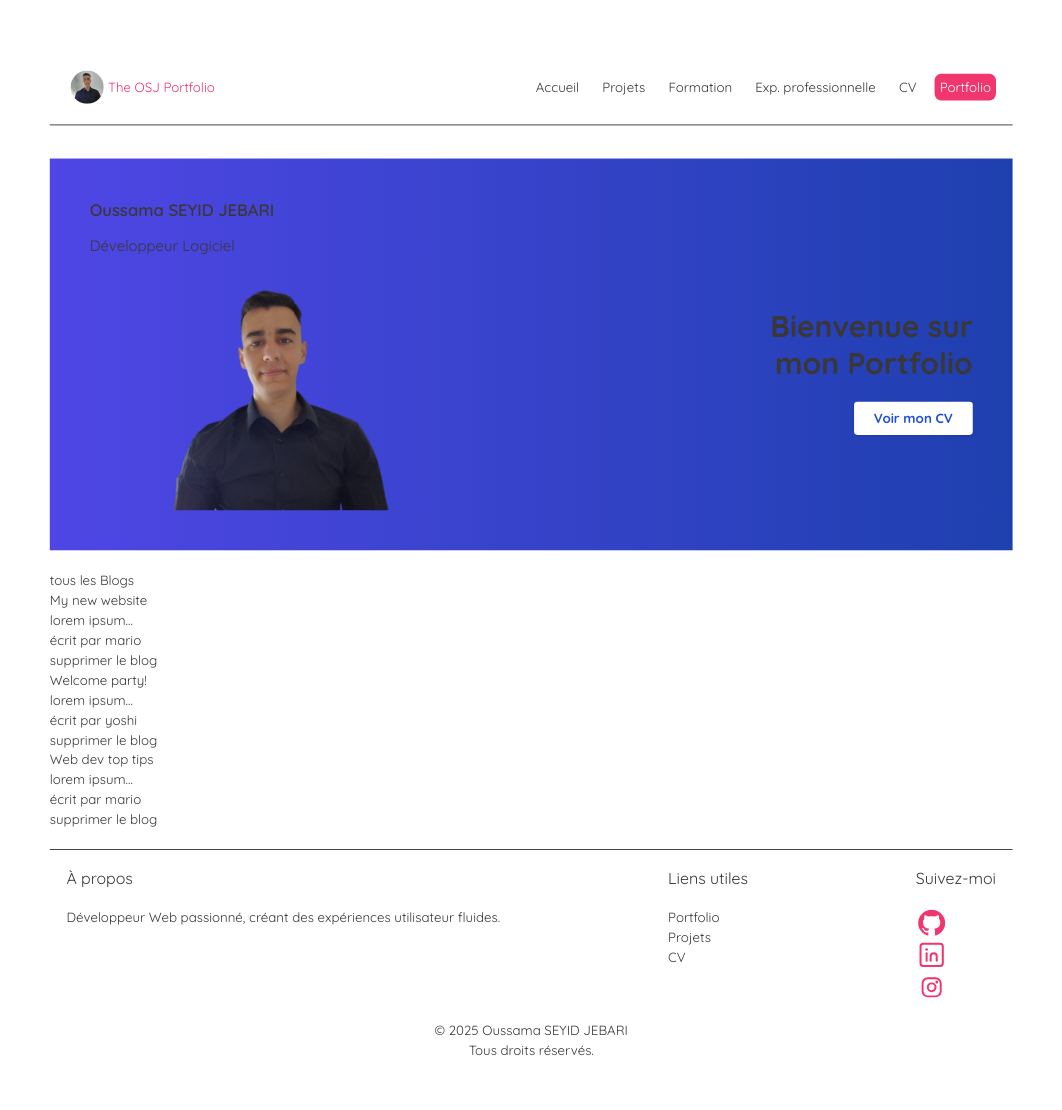
Repository: OussamSJ/Portfolio
Page: /
The author's editor kept a copy of each file at every save. The page is drawn from the files as they stood at one save, then again after the next save.
The browser window is 1280 px wide. The pictures show the whole page, at 83% of full size.
The project was rebuilt for these pictures with package versions that can differ from the ones it lists, and the page was loaded fresh each time. Also part of the build but not shown: src/Random.js, src/Cv.js, src/Expcomponent.js, src/Experiences.js, src/FormationComponent.js, src/Formation.js.

Above is the page before, as saved 2025-05-08 14:52:15.

### public/index.html
<!DOCTYPE html>
<html lang="en">
  <head>
    <meta charset="utf-8" />
    <link rel="icon" href="%PUBLIC_URL%/Logo-Devloper.png" />
    <meta name="viewport" content="width=device-width, initial-scale=1" />
    <meta name="theme-color" content="#000000" />
    <meta
      name="description"
      content="Web site created using create-react-app"
    />
    <link rel="apple-touch-icon" href="%PUBLIC_URL%/logo192.png" />
    <!--
      manifest.json provides metadata used when your web app is installed on a
      user's mobile device or desktop. See https://developers.google.com/web/fundamentals/web-app-manifest/
    -->
    <link rel="manifest" href="%PUBLIC_URL%/manifest.json" />
    <!--
      Notice the use of %PUBLIC_URL% in the tags above.
      It will be replaced with the URL of the `public` folder during the build.
      Only files inside the `public` folder can be referenced from the HTML.

      Unlike "/favicon.ico" or "favicon.ico", "%PUBLIC_URL%/favicon.ico" will
      work correctly both with client-side routing and a non-root public URL.
      Learn how to configure a non-root public URL by running `npm run build`.
    -->
    <title>Portfolio App</title>
  </head>
  <body>
    <noscript>You need to enable JavaScript to run this app.</noscript>
    <div id="root"></div>
    <!--
      This HTML file is a template.
      If you open it directly in the browser, you will see an empty page.

      You can add webfonts, meta tags, or analytics to this file.
      The build step will place the bundled scripts into the <body> tag.

      To begin the development, run `npm start` or `yarn start`.
      To create a production bundle, use `npm run build` or `yarn build`.
    -->
  </body>
</html>

### src/index.css
@import url('https://fonts.googleapis.com/css2?family=Quicksand:wght@300;400;500;600;700&display=swap');
@tailwind base;
@tailwind components;
@tailwind utilities;

/* base styles */
* {
  margin: 0;
  font-family: -apple-system, BlinkMacSystemFont, 'Segoe UI', 'Roboto', 'Oxygen',
    'Ubuntu', 'Cantarell', 'Fira Sans', 'Droid Sans', 'Helvetica Neue',
    sans-serif;
  -webkit-font-smoothing: antialiased;
  -moz-osx-font-smoothing: grayscale;
  font-family: "Quicksand";
  color: #3b3737;
}

code {
  font-family: source-code-pro, Menlo, Monaco, Consolas, 'Courier New',
    monospace;
}
.navbar {
  padding: 20px;
  display: flex;
  align-items: center;
  max-width: 1200px;
  margin: 0 auto;
  border-bottom: 1px solid #212020;

}
.navbar h1 {
  color: #f1356d;
}
.navbar .links {
  margin-left: auto;
}
.navbar a {
  margin-left: 16px;
  text-decoration: none;
  padding: 6px;
}
.navbar img {
 width: 40px;
 height: 40px;
 margin: 5px ;
 object-fit: cover;       /* remplit et rogne si besoin */
 border-radius: 50%;      /* transforme le carré en cercle */
 display: block;
}
.navbar a:hover {
  color: #f1356d;
}
.content {
  max-width: 1200px;
  margin: 40px auto;
  padding: 20px;
}


.couverture {
  background-image:
  url("/public/couverture-portfolio.png");
background-size: cover;        /* couvre tout le conteneur sans déformation */
background-position: center;   /* centre l’image */
background-repeat: no-repeat;  /* pas de répétition */
background-size: contain;
  margin: 20px auto;
  padding: 40px 40px 40px 40px;


  max-width: 1200px;
  display:block;
  flex-direction: column;
  justify-content: center;
  align-items: flex-start;
  padding-left: 60px;
  background: linear-gradient(to right, #7a3ff3, #003b9e); /* dégradé bleu-violet */
  color: white;
  font-family: 'Orbitron', sans-serif; /* une police géométrique, proche de celle utilisée */
}




.presentation {
  display: flex;
  flex-direction:column;
  justify-content: flex-end;
  align-items: flex-end;
  text-align: right;
  margin-top: 20px;
  font-size: 3rem;
  width: 100%;
  height: 100%;
  color: aliceblue;
}
.couverture h1 {
  margin-top: 20px auto;
  margin-right: 50px;
  align-items: center;
  text-align: center;
  color: aliceblue;
text-align: right;
justify-self: right;
  font-family: 'Agrandir Grand', sans-serif; /* une police futuriste */
}

.couverture h3 {
  margin-top: 40px;
  color: aliceblue;
  font-size: 1.5rem;
  margin-top: 20px auto;
  margin: 20px 0;
}

.couverture span {
  color: aliceblue;
  font-weight: 300;
}

.presentation strong {
  color: aliceblue;
  font-size: 3.5rem;
  font-family: 'Agrandir Grand', sans-serif; /* une police futuriste */
}

.button {
justify-content: center;
  margin-top: 20px;
  padding: 10px 30px;
 margin-right: 50px;
  font-size: 1rem;
  background-color: white;
  color: #003b9e;
  border: none;
  cursor: pointer;
  text-transform: uppercase;
  letter-spacing: 1px;
  font-weight: bold;
  font-family: 'Agrandir Grand', sans-serif;
}


.portfolio-footer {
  justify-content: space-between;
  display: flex;
  padding: 20px;
  border-top: 1px solid #212020;
}

.card-title{
  margin-bottom:  20px;

  padding: 0;
  font-size: 1.2rem;

}
.social-links a{
  list-style: none;
  text-decoration: none;
  margin-left: auto;
  text-align: left;

}
.social-links img{
 width: 40%;
 height: 40%;
}


ul {
  list-style-type: none;
  padding: 0; /* Supprime le retrait par défaut */
  margin: 0;  /* Supprime la marge par défaut */
}
.social-links a:hover {
  color: #f1356d;
}

.footer-bottom {
  display: block;
  text-align: center;
  }

  ul li {
    text-align: left;

  }



  .not-found {
    justify-content: center;
    align-items: center;
    text-align: center;
    height: 50vh;
    margin-top: 200px;
    font-size: 3rem;
  }


  img-couverture {
    width: 100%;
    height: 100%;
    justify-content: flex-end;
    align-items: center;
    object-fit:fill; /* Remplit l'élément sans déformation */
    border-radius: 50%; /* Transforme le carré en cercle */
    display: flex;
  }

### src/App.js
import React from 'react';
import { BrowserRouter, Routes, Route } from 'react-router-dom';
import ReactDOM from 'react-dom/client';
import Home from './Home';
import Navbar from './Navbar'; // Si vous avez une barre de navigation
import Cv from './Cv'; // Si vous avez une page de CV
import Footbar from './Footbar';
import Experiences from './Experiences';
import Formation from './Formation';

function App() {
  return (
    <BrowserRouter>
      <div className="App">
        <div className='content'>
          <Routes>
            <Route path="/" element={<Home />} />
            <Route path="/cv" element={<Cv />} />
            <Route path="/experiences-professionnelle" element={<div ><Navbar/> <Experiences /><Footbar/></div>} />
            <Route path="/formation" element={<div ><Navbar/> <Formation /><Footbar/></div>} />
            <Route path="*" element={
              <div >
                <Navbar />
                <h1 className='not-found' >Page introuvable</h1>
                <Footbar />
              </div>
            } />
          </Routes>
        </div>
      </div>
    </BrowserRouter>
  );
}

export default App;

### src/Home.js
import { useEffect, useState } from "react";
import BlogList from "./BlogList";
import Random from "./Random";
import Navbar from "./Navbar";
import Footbar from "./Footbar";


const Home = () => {
  const [blogs, setBlogs] = useState([
    { title: 'My new website', body: 'lorem ipsum...', author: 'mario', id: 1 },
    { title: 'Welcome party!', body: 'lorem ipsum...', author: 'yoshi', id: 2 },
    { title: 'Web dev top tips', body: 'lorem ipsum...', author: 'mario', id: 3 }
  ])

  const handleDelete = (id) => {
    const newBlogs = blogs.filter(blog => blog.id !== id);
    setBlogs(newBlogs);
  }


  useEffect(() => {
    console.log('use effect ran');
    console.log(blogs);
  })

  return (
    <div className="Home">
      <Navbar />
      <div className="flex items-center mt-10 justify-between bg-gradient-to-r from-indigo-600 to-blue-800 text-white p-12 flex-wrap">

{/* Partie gauche */}
<div className="flex flex-col items-start space-y-4 max-w-md">
  <h3 className="text-xl font-semibold">Oussama SEYID JEBARI</h3>
  <h3 className="text-lg"><span>Développeur Logiciel</span></h3>
  <div className="w-200 h-200 mt-4 ml-20">
    <img src="oussama_img.png" alt="photo de profil" className="rounded-lg object-cover w-full h-full" />
  </div>
</div>

{/* Partie droite */}
<div className="text-right max-w-md mt-10 md:mt-10">
  <h1 className="text-4xl font-bold mb-6 leading-tight">
    Bienvenue sur <br /> mon Portfolio
  </h1>
  <button className="bg-white text-blue-700 font-bold py-2 px-6 rounded shadow hover:bg-gray-100 transition">
    Voir mon CV
  </button>
</div>
</div>

      <BlogList blogs={blogs} title="tous les Blogs" handleDelete={handleDelete}/> <br/>

      <Footbar/>
    </div>
  );
}

export default Home;

### src/Navbar.js
const Navbar = () => {
    return (
      <nav className="navbar">
        <img src="photo-portfolio.jpg" alt="logo" className="logo" />
        <h1>The OSJ Portfolio</h1>
        <div className="links">
          <a href="/">Accueil</a>
          <a href="/projets">Projets</a>
          <a href="/formation">Formation</a>
          <a href="/experiences-professionnelle">Exp. professionnelle</a>
          <a href="/cv">CV</a>
          <a href="/" style={{
            color: 'white',
            backgroundColor: '#f1356d',
            borderRadius: '8px'
          }}>Portfolio</a></div></nav>
    );
  }

  export default Navbar;

### src/Footbar.js

const Footbar = () => {
  return (
  <div className="footbar">
   <footer class="portfolio-footer">

    <div class="card-deck">
    <div class="card">
      <div class="card-body">
        <h4 class="card-title">À propos</h4>
        <p class="card-text">Développeur Web passionné, créant des expériences utilisateur fluides.</p>
      </div>
    </div>
    </div>

    <div class="card-deck">
    <div class="card">
      <div class="card-body">
        <h4 class="card-title">Liens utiles</h4>
        <ul class="social-links" >
        <li><a href="#">Portfolio</a></li>
        <li><a href="#">Projets</a></li>
        <li><a href="#">CV</a></li>
      </ul>
      </div>
    </div>
    </div>

    <div class="card-deck">
    <div class="card">
      <div class="card-body">
        <h4 class="card-title">Suivez-moi</h4>
        <ul class="social-links">
        <li><a href="https://github.com/OussamSJ#"> <img  src="github.svg"  alt="GitHub"></img></a></li>
        <li><a href="https://www.linkedin.com/in/oussama-sj/  "> <img src="linkedin.svg" alt="LinkedIn"></img></a></li>
        <li><a href="https://www.instagram.com/oussama.sj/"> <img src="instagram.svg" alt="Instagram"></img></a></li>
      </ul>
      </div>
    </div>
    </div>

   </footer>
    <div class="footer-bottom">
    <p>© 2025 Oussama SEYID JEBARI <br/> Tous droits réservés.</p>
    </div>

  </div>

  );
}

export default Footbar;

### src/BlogList.js
const BlogList = ({ blogs, title, handleDelete }) => {
    return (
      <div className="blog-list"> <br/>

        <h2>{ title }</h2>
        {blogs.map(blog => (
          <div className="blog-preview" key={blog.id} >
            <h2>{ blog.title }</h2>
            <h4> {blog.body}    </h4>
            <p>écrit par { blog.author }</p>
            <button  onClick={()=>handleDelete (blog.id)}> supprimer le blog</button>
          </div>
        ))}
      </div>
    );
  }

  export default BlogList;

### tailwind.config.js
/** @type {import('tailwindcss').Config} */
module.exports = {
  content: [  "./src/**/*.{js,ts,jsx,tsx}",],
  theme: {
    extend: {
      colors: {
        primary: '#f1356d', // Exemple
      },
    },
  },
  plugins: [],
}

Loaded but not shown: src/index.js (common file); src/reportWebVitals.js (common file)

After the next save:
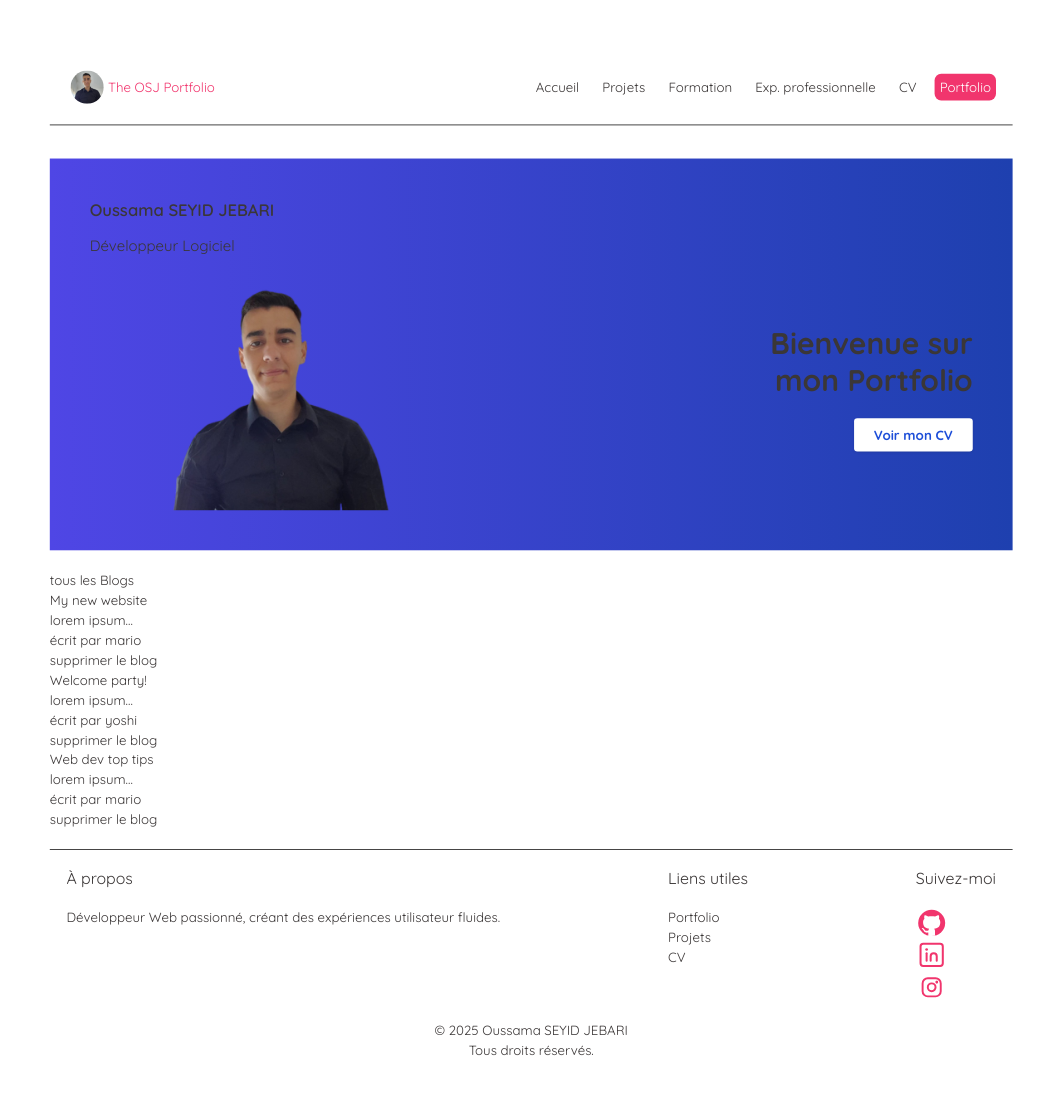
Saved 6 s later.
--- a/src/Home.js
+++ b/src/Home.js
@@ -38,7 +38,7 @@
 </div>
 
 {/* Partie droite */}
-<div className="text-right max-w-md mt-10 md:mt-10">
+<div className="text-right max-w-md mt-10 md:mt-20">
   <h1 className="text-4xl font-bold mb-6 leading-tight">
     Bienvenue sur <br /> mon Portfolio
   </h1>

After the save that followed:
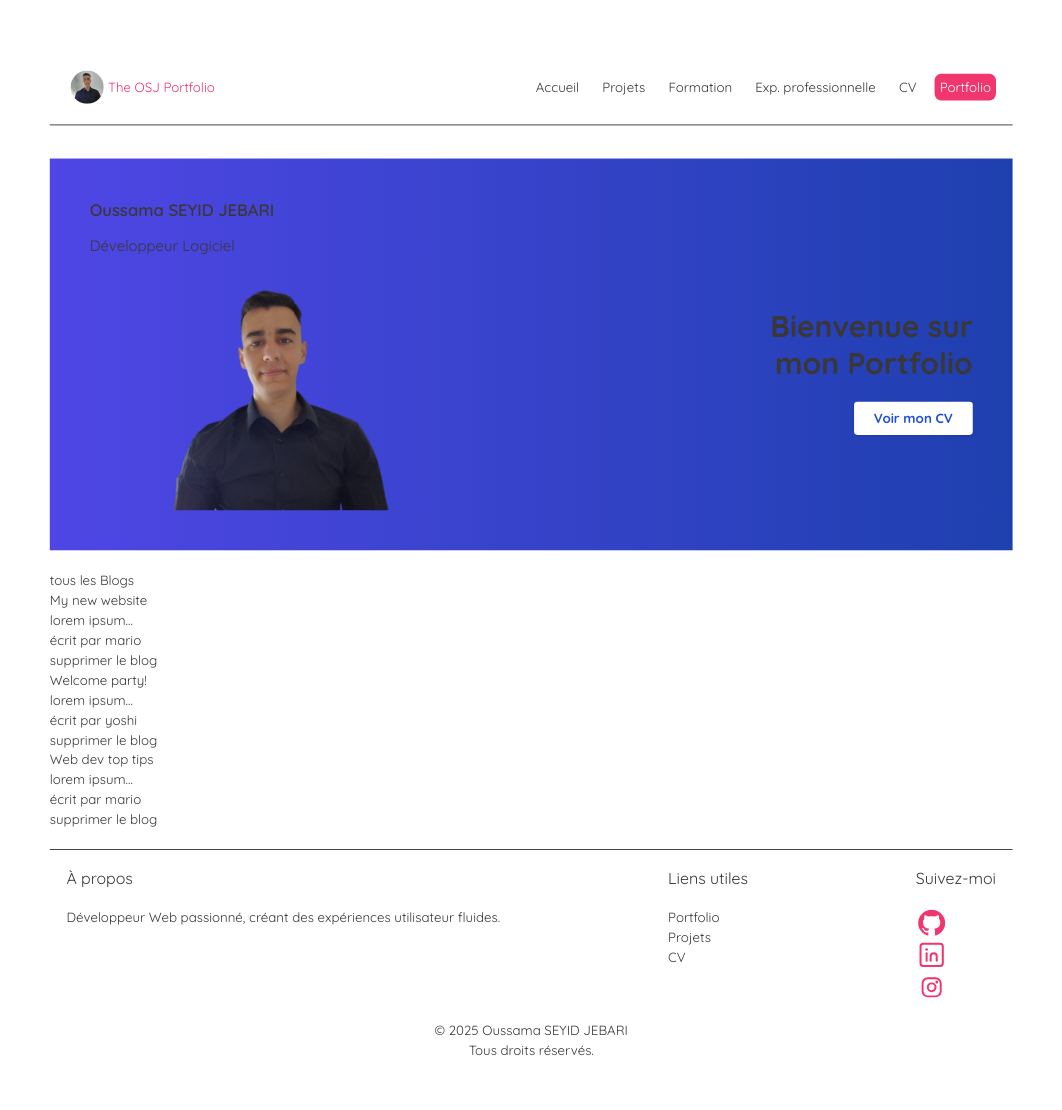
Saved 9 s later.
--- a/src/Home.js
+++ b/src/Home.js
@@ -38,7 +38,7 @@
 </div>
 
 {/* Partie droite */}
-<div className="text-right max-w-md mt-10 md:mt-20">
+<div className="text-right max-w-md mt-10 md:mt-30">
   <h1 className="text-4xl font-bold mb-6 leading-tight">
     Bienvenue sur <br /> mon Portfolio
   </h1>
